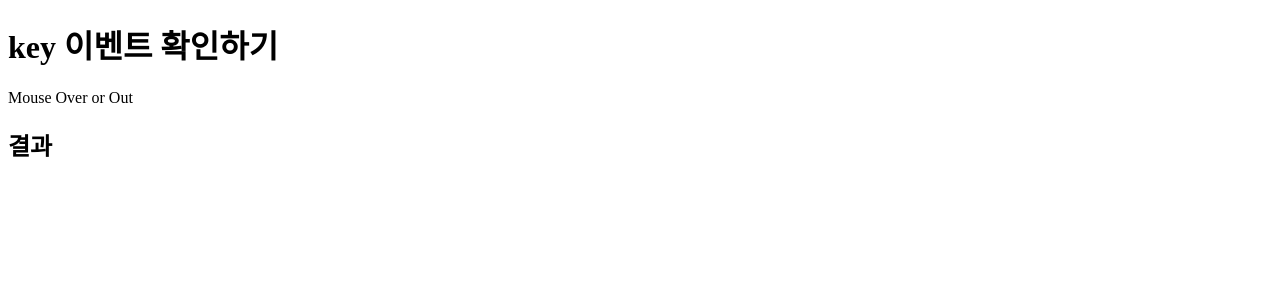
Repository: chaejunho689/bitcamp
Page: jQuery/src/main/webapp/02_jQueryEvent/exam06.html
These files come from the project's save history. The page is drawn as it stood at one moment and after the next save; the edit follows.
The browser window is 1280 px wide. The pictures show the whole page.

Above is the page before, as saved 2024-08-23 00:42:17.

### jQuery/src/main/webapp/02_jQueryEvent/exam06.html
<!DOCTYPE html>
<html>
<head>
<meta charset="UTF-8">
<title>Insert title here</title>
</head>
<body>
	<h1>key 이벤트 확인하기</h1>
	<div id="input">Mouse Over or Out</div>
	<h2>결과</h2>
	<div id="result"></div>
<script type="text/javascript" src="http://code.jquery.com/jquery-3.7.1.min.js"> </script>
<script type="text/javascript">
$(function(){

});
</script>
</body>
</html>

After the next save:
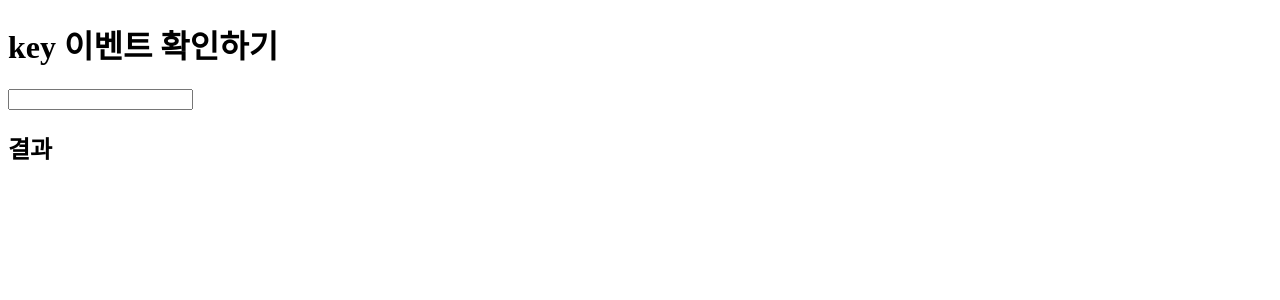
Saved 46 s later.
--- a/jQuery/src/main/webapp/02_jQueryEvent/exam06.html
+++ b/jQuery/src/main/webapp/02_jQueryEvent/exam06.html
@@ -6,7 +6,9 @@
 </head>
 <body>
 	<h1>key 이벤트 확인하기</h1>
-	<div id="input">Mouse Over or Out</div>
+	<div id="input">
+	<input type="text"/>
+	</div>
 	<h2>결과</h2>
 	<div id="result"></div>
 <script type="text/javascript" src="http://code.jquery.com/jquery-3.7.1.min.js"> </script>
